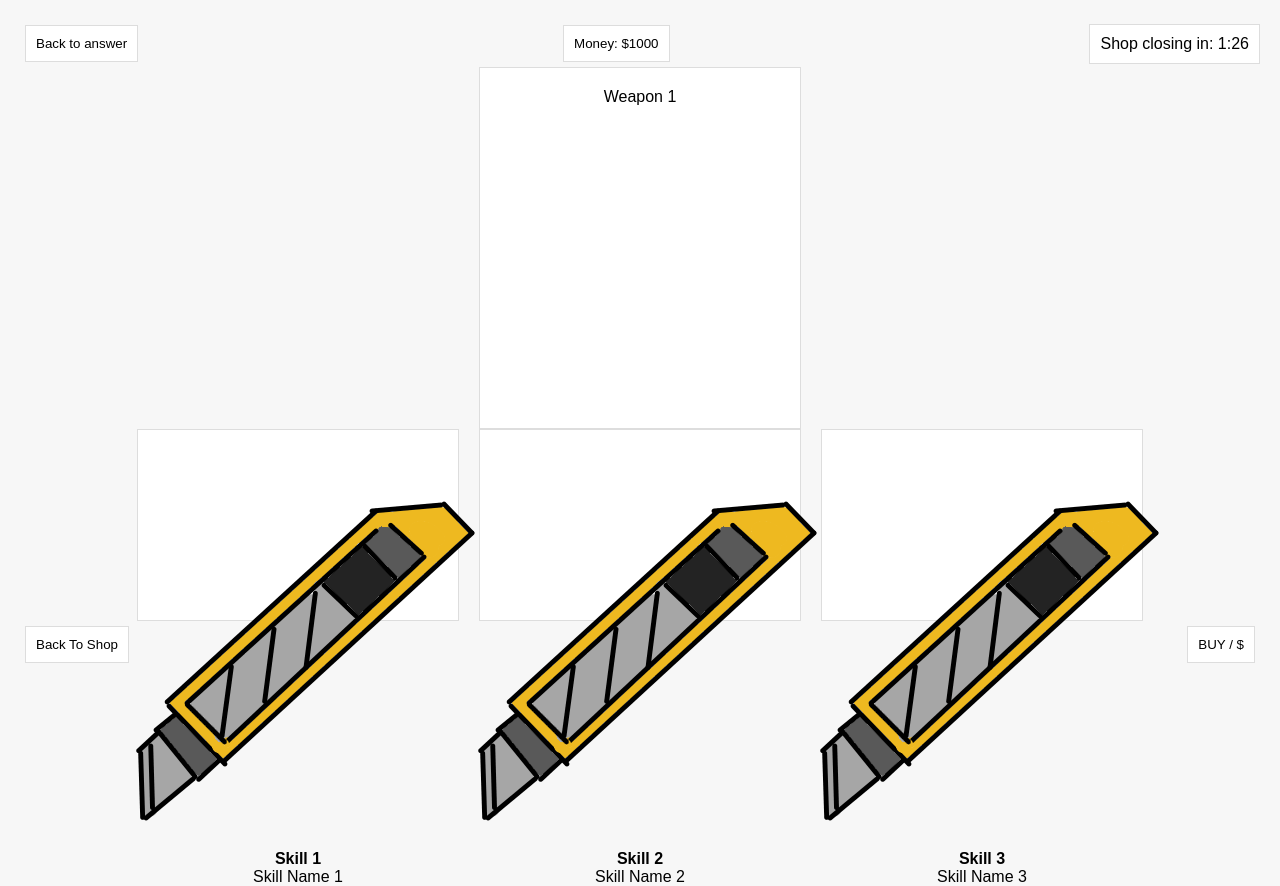
Repository: sean12-2007/Jailbreaker
Page: public/src/pages/shop_skills copy 2.html
An editor plug-in stored every save of this project. The page is shown before and after the next save, followed by the edit.
The browser window is 1280 px wide. The pictures show the whole page.

Above is the page before, as saved 2024-08-09 20:25:07.

After the next save:
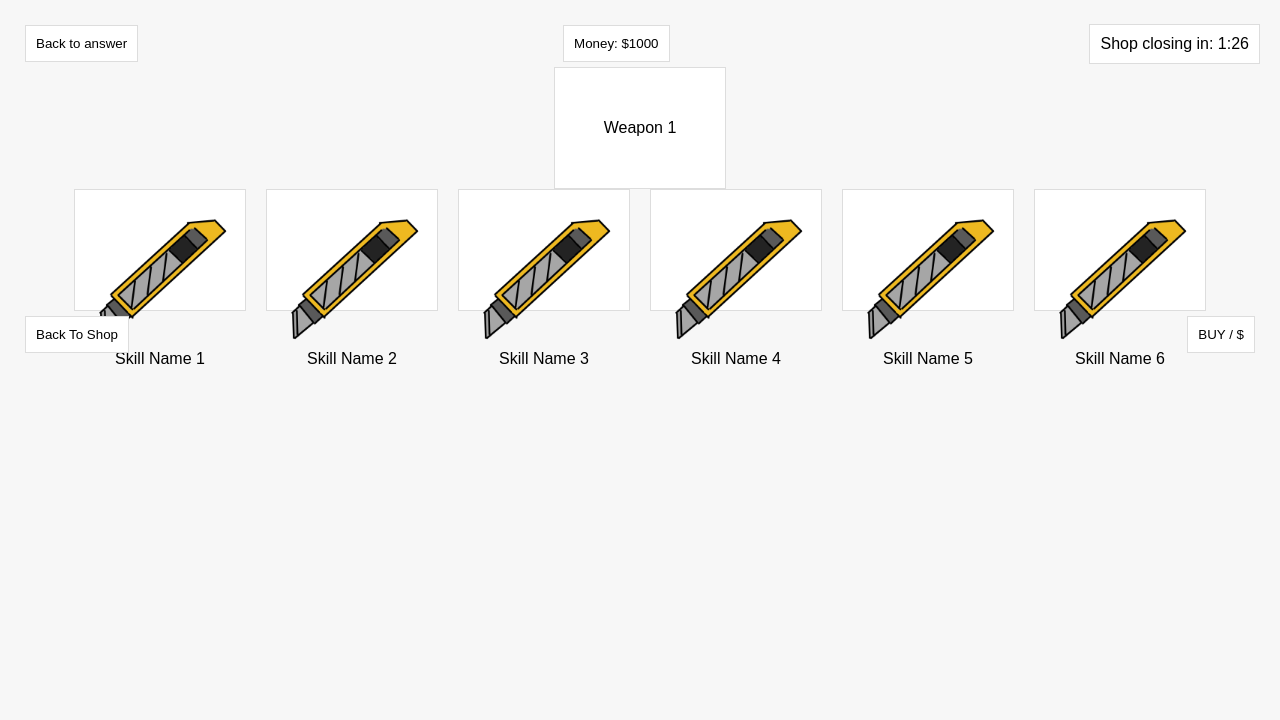
Saved 3 min 39 s later.
--- a/public/src/pages/shop_skills copy 2.html
+++ b/public/src/pages/shop_skills copy 2.html
@@ -33,40 +33,19 @@
       width: 100%;
     }
     .weapon {
-      width: 280px;
-      height: 320px;
-      border: 1px solid #ddd;
-      background: #fff;
-      display: flex;
-      flex-direction: column;
-      justify-content: space-between;
-      align-items: center;
-      padding: 20px;
-    }
-    .weapon img {
-      width: 100%;
-      height: auto;
-    }
-    .skill-container {
-      display: flex;
-      justify-content: center;
-      align-items: center;
-      gap: 20px;
-      width: 100%;
-    }
-    .skill {
-      width: 280px;
-      height: 150px;
+      width: 150px; /* Smaller width for the weapon box */
+      height: 100px; /* Smaller height for the weapon box */
       border: 1px solid #ddd;
       background: #fff;
       display: flex;
       flex-direction: column;
       justify-content: space-around;
       align-items: center;
-      padding: 20px;
+      padding: 10px;
     }
-    .skill-name {
-      font-weight: bold;
+    .weapon img {
+      width: 100%;
+      height: auto;
     }
     .timer-container {
       border: 1px solid #ddd;
@@ -89,23 +68,32 @@
       <div>Weapon 1</div>
     </div>
   </div>
-  <div class="skill-container">
-    <div class="skill">
-      <img src="/images/artknife.png" alt="Weapon 1" />
-      <div class="skill-name">Skill 1</div>
-      <div>Skill Name 1</div>
-    </div>
-    <div class="skill">
-      <img src="/images/artknife.png" alt="Weapon 1" />
-      <div class="skill-name">Skill 2</div>
-      <div>Skill Name 2</div>
-    </div>
-    <div class="skill">
-      <img src="/images/artknife.png" alt="Weapon 1" />
-      <div class="skill-name">Skill 3</div>
-      <div>Skill Name 3</div>
-    </div>
-  </div>
+  <div class="weapon-container">
+        <div class="weapon">
+          <img src="/images/artknife.png" alt="Weapon 1" />
+          <div>Skill Name 1</div>
+        </div>
+        <div class="weapon">
+          <img src="/images/artknife.png" alt="Weapon 2" />
+          <div>Skill Name 2</div>
+        </div>
+        <div class="weapon">
+          <img src="/images/artknife.png" alt="Weapon 3" />
+          <div>Skill Name 3</div>
+        </div>
+        <div class="weapon">
+          <img src="/images/artknife.png" alt="Weapon 1" />
+          <div>Skill Name 4</div>
+        </div>
+        <div class="weapon">
+          <img src="/images/artknife.png" alt="Weapon 2" />
+          <div>Skill Name 5</div>
+        </div>
+        <div class="weapon">
+          <img src="/images/artknife.png" alt="Weapon 3" />
+          <div>Skill Name 6</div>
+        </div>
+      </div>
 
   <div class="container">
     <button class="button" onclick="goToShop()">Back To Shop</button>
